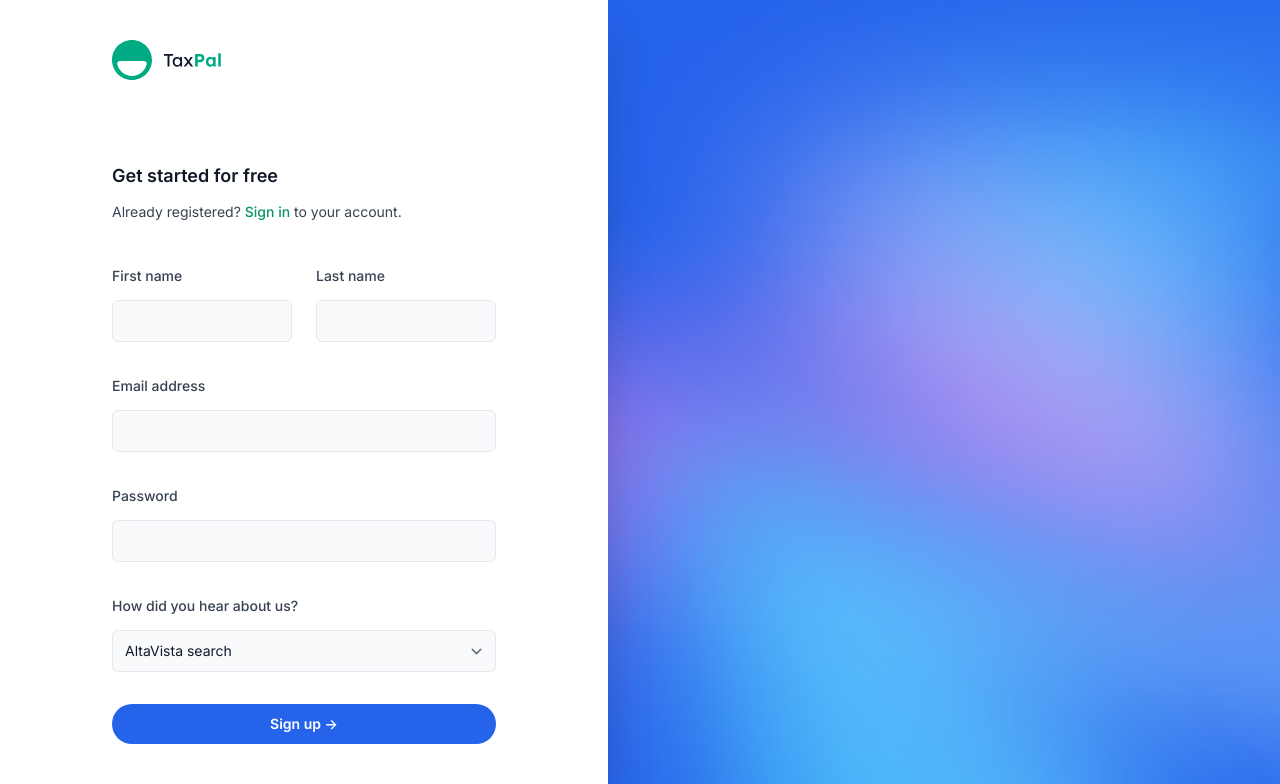
Repository: northrn/tailwindui-salient-3
Page: /register
An editor plug-in stored every save of this project. The page is shown before and after the next save, followed by the edit.
The browser window is 1280 px wide. The pictures show the whole page.
The project was rebuilt for these pictures with package versions that can differ from the ones it lists, and the page was loaded fresh each time. The framework's server and built-in components were replaced by stand-ins that run in the browser. Also part of the build but not shown: next.config.js.

Above is the page before, as saved 2023-03-12 15:01:58.

### src/pages/register.jsx
import Head from 'next/head'
import Link from 'next/link'

import { AuthLayout } from '@/components/AuthLayout'
import { Button } from '@/components/Button'
import { SelectField, TextField } from '@/components/Fields'
import { Logo } from '@/components/Logo'

export default function Register() {
  return (
    <>
      <Head>
        <title>Sign Up - Audience King</title>
      </Head>
      <AuthLayout>
        <div className="flex flex-col">
          <Link href="/" aria-label="Home">
            <Logo className="h-10 w-auto" />
          </Link>
          <div className="mt-20">
            <h2 className="text-lg font-semibold text-gray-900">
              Get started for free
            </h2>
            <p className="mt-2 text-sm text-gray-700">
              Already registered?{' '}
              <Link
                href="/login"
                className="font-medium text-emerald-600 hover:underline"
              >
                Sign in
              </Link>{' '}
              to your account.
            </p>
          </div>
        </div>
        <form
          action="#"
          className="mt-10 grid grid-cols-1 gap-y-8 gap-x-6 sm:grid-cols-2"
        >
          <TextField
            label="First name"
            id="first_name"
            name="first_name"
            type="text"
            autoComplete="given-name"
            required
          />
          <TextField
            label="Last name"
            id="last_name"
            name="last_name"
            type="text"
            autoComplete="family-name"
            required
          />
          <TextField
            className="col-span-full"
            label="Email address"
            id="email"
            name="email"
            type="email"
            autoComplete="email"
            required
          />
          <TextField
            className="col-span-full"
            label="Password"
            id="password"
            name="password"
            type="password"
            autoComplete="new-password"
            required
          />
          <SelectField
            className="col-span-full"
            label="How did you hear about us?"
            id="referral_source"
            name="referral_source"
          >
            <option>AltaVista search</option>
            <option>Super Bowl commercial</option>
            <option>Our route 34 city bus ad</option>
            <option>The “Never Use This” podcast</option>
          </SelectField>
          <div className="col-span-full">
            <Button
              type="submit"
              variant="solid"
              color="blue"
              className="w-full"
            >
              <span>
                Sign up <span aria-hidden="true">&rarr;</span>
              </span>
            </Button>
          </div>
        </form>
      </AuthLayout>
    </>
  )
}

### src/components/AuthLayout.jsx
import Image from 'next/image'

import backgroundImage from '@/images/background-auth.jpg'

export function AuthLayout({ children }) {
  return (
    <>
      <div className="relative flex min-h-full justify-center md:px-12 lg:px-0">
        <div className="relative z-10 flex flex-1 flex-col bg-white py-10 px-4 shadow-2xl sm:justify-center md:flex-none md:px-28">
          <div className="mx-auto w-full max-w-md sm:px-4 md:w-96 md:max-w-sm md:px-0">
            {children}
          </div>
        </div>
        <div className="hidden sm:contents lg:relative lg:block lg:flex-1">
          <Image
            className="absolute inset-0 h-full w-full object-cover"
            src={backgroundImage}
            alt=""
            unoptimized
          />
        </div>
      </div>
    </>
  )
}

### src/components/Button.jsx
import Link from 'next/link'
import clsx from 'clsx'

const baseStyles = {
  solid:
    'group inline-flex items-center justify-center rounded-full py-2 px-4 text-sm font-semibold focus:outline-none focus-visible:outline-2 focus-visible:outline-offset-2',
  outline:
    'group inline-flex ring-1 items-center justify-center rounded-full py-2 px-4 text-sm focus:outline-none',
}

const variantStyles = {
  solid: {
    slate:
      'bg-slate-900 text-white hover:bg-slate-700 hover:text-slate-100 active:bg-slate-800 active:text-slate-300 focus-visible:outline-slate-900',
    blue: 'bg-blue-600 text-white hover:text-slate-100 hover:bg-blue-500 active:bg-blue-800 active:text-blue-100 focus-visible:outline-blue-600',
    white:
      'bg-white text-slate-900 hover:bg-blue-50 active:bg-blue-200 active:text-slate-600 focus-visible:outline-white',
  },
  outline: {
    slate:
      'ring-slate-200 text-slate-700 hover:text-slate-900 hover:ring-slate-300 active:bg-slate-100 active:text-slate-600 focus-visible:outline-blue-600 focus-visible:ring-slate-300',
    white:
      'ring-slate-700 text-white hover:ring-slate-500 active:ring-slate-700 active:text-slate-400 focus-visible:outline-white',
  },
}

export function Button({
  variant = 'solid',
  color = 'slate',
  className,
  href,
  ...props
}) {
  className = clsx(
    baseStyles[variant],
    variantStyles[variant][color],
    className
  )

  return href ? (
    <Link href={href} className={className} {...props} />
  ) : (
    <button className={className} {...props} />
  )
}

### src/components/Fields.jsx
import clsx from 'clsx'

const formClasses =
  'block w-full appearance-none rounded-md border border-gray-200 bg-gray-50 px-3 py-2 text-gray-900 placeholder-gray-400 focus:border-blue-500 focus:bg-white focus:outline-none focus:ring-blue-500 sm:text-sm'

function Label({ id, children }) {
  return (
    <label
      htmlFor={id}
      className="mb-3 block text-sm font-medium text-gray-700"
    >
      {children}
    </label>
  )
}

export function TextField({
  id,
  label,
  type = 'text',
  className = '',
  ...props
}) {
  return (
    <div className={className}>
      {label && <Label id={id}>{label}</Label>}
      <input id={id} type={type} {...props} className={formClasses} />
    </div>
  )
}

export function SelectField({ id, label, className = '', ...props }) {
  return (
    <div className={className}>
      {label && <Label id={id}>{label}</Label>}
      <select id={id} {...props} className={clsx(formClasses, 'pr-8')} />
    </div>
  )
}

### src/components/Logo.jsx
export function Logo(props) {
  return (
    <svg aria-hidden="true" viewBox="0 0 109 40" {...props}>
      <path
        fillRule="evenodd"
        clipRule="evenodd"
        d="M0 20c0 11.046 8.954 20 20 20s20-8.954 20-20S31.046 0 20 0 0 8.954 0 20Zm20 16c-7.264 0-13.321-5.163-14.704-12.02C4.97 22.358 6.343 21 8 21h24c1.657 0 3.031 1.357 2.704 2.98C33.32 30.838 27.264 36 20 36Z"
        fill="#00ab83"
      />
      <path
        d="M55.528 26.57V15.842H52V13.97h9.108v1.872h-3.636V26.57h-1.944Z"
        fill="#0F172A"
      />
      <path
        d="M83.084 26.57v-12.6h5.346c.744 0 1.416.18 2.016.54a3.773 3.773 0 0 1 1.44 1.44c.36.612.54 1.302.54 2.07 0 .78-.18 1.482-.54 2.106a4 4 0 0 1-1.44 1.494c-.6.36-1.272.54-2.016.54h-2.646v4.41h-2.7Zm2.664-6.84h2.376c.288 0 .546-.072.774-.216.228-.156.408-.36.54-.612a1.71 1.71 0 0 0 .216-.864c0-.324-.072-.606-.216-.846a1.394 1.394 0 0 0-.54-.576 1.419 1.419 0 0 0-.774-.216h-2.376v3.33ZM106.227 26.57V13.25h2.556v13.32h-2.556Z"
        fill="#00ab83"
      />
      <path
        fillRule="evenodd"
        clipRule="evenodd"
        d="M95.906 26.102c.636.432 1.35.648 2.142.648.444 0 .864-.066 1.26-.198a4.25 4.25 0 0 0 1.062-.558 3.78 3.78 0 0 0 .702-.668v1.244h2.574v-9.522h-2.538v1.248a3.562 3.562 0 0 0-.648-.672 3.13 3.13 0 0 0-1.026-.558 3.615 3.615 0 0 0-1.278-.216c-.828 0-1.566.216-2.214.648-.648.42-1.164 1.002-1.548 1.746-.372.732-.558 1.578-.558 2.538 0 .96.186 1.812.558 2.556.372.744.876 1.332 1.512 1.764Zm4.104-1.908c-.36.228-.78.342-1.26.342-.468 0-.882-.114-1.242-.342a2.387 2.387 0 0 1-.828-.954c-.204-.42-.306-.906-.306-1.458 0-.54.102-1.014.306-1.422.204-.408.48-.726.828-.954.36-.24.774-.36 1.242-.36.48 0 .9.12 1.26.36.36.228.636.546.828.954.204.408.306.882.306 1.422 0 .552-.102 1.038-.306 1.458a2.218 2.218 0 0 1-.828.954Z"
        fill="#00ab83"
      />
      <path
        fillRule="evenodd"
        clipRule="evenodd"
        d="m76.322 23.197 2.595 3.373h2.268l-3.662-4.787 3.338-4.663h-2.196l-2.162 3.334-2.554-3.334h-2.34l3.652 4.71-3.634 4.74h2.196l2.5-3.373ZM62.738 26.102a3.78 3.78 0 0 0 2.142.648c.456 0 .888-.072 1.296-.216.42-.144.798-.336 1.134-.576a3.418 3.418 0 0 0 .864-.835v1.447h1.872v-9.45h-1.872v1.45a3.118 3.118 0 0 0-.72-.82 3.2 3.2 0 0 0-1.062-.612 4.033 4.033 0 0 0-1.35-.216c-.828 0-1.578.21-2.25.63-.66.42-1.188 1.002-1.584 1.746-.384.732-.576 1.572-.576 2.52 0 .936.192 1.776.576 2.52.384.744.894 1.332 1.53 1.764Zm4.122-1.476c-.432.276-.93.414-1.494.414a2.682 2.682 0 0 1-1.476-.414 2.987 2.987 0 0 1-1.008-1.134c-.24-.492-.36-1.05-.36-1.674 0-.612.12-1.158.36-1.638.252-.48.588-.858 1.008-1.134a2.682 2.682 0 0 1 1.476-.414c.564 0 1.062.138 1.494.414.432.276.768.654 1.008 1.134.252.48.378 1.026.378 1.638 0 .624-.126 1.182-.378 1.674-.24.48-.576.858-1.008 1.134Z"
        fill="#0F172A"
      />
    </svg>
  )
}

Loaded but not shown: src/pages/_app.jsx (common file); src/pages/_document.jsx (common file); src/styles/tailwind.css (common file); tailwind.config.js (common file)

After the next save:
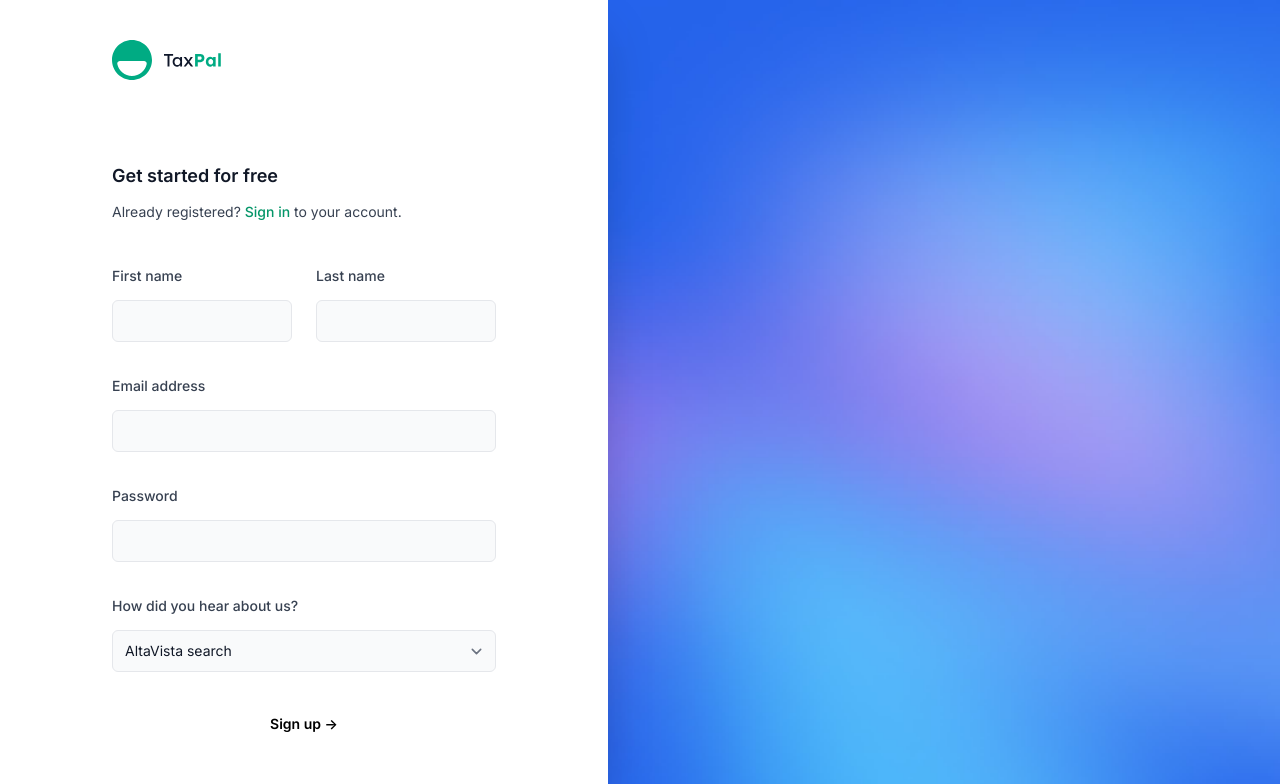
Saved 46 s later.
--- a/src/components/Button.jsx
+++ b/src/components/Button.jsx
@@ -12,13 +12,13 @@
   solid: {
     slate:
       'bg-slate-900 text-white hover:bg-slate-700 hover:text-slate-100 active:bg-slate-800 active:text-slate-300 focus-visible:outline-slate-900',
-    blue: 'bg-blue-600 text-white hover:text-slate-100 hover:bg-blue-500 active:bg-blue-800 active:text-blue-100 focus-visible:outline-blue-600',
+    emerald: 'bg-emerald-600 text-white hover:text-slate-100 hover:bg-emerald-500 active:bg-emerald-800 active:text-emerald-100 focus-visible:outline-emerald-600',
     white:
-      'bg-white text-slate-900 hover:bg-blue-50 active:bg-blue-200 active:text-slate-600 focus-visible:outline-white',
+      'bg-white text-slate-900 hover:bg-emerald-50 active:bg-emerald-200 active:text-slate-600 focus-visible:outline-white',
   },
   outline: {
     slate:
-      'ring-slate-200 text-slate-700 hover:text-slate-900 hover:ring-slate-300 active:bg-slate-100 active:text-slate-600 focus-visible:outline-blue-600 focus-visible:ring-slate-300',
+      'ring-slate-200 text-slate-700 hover:text-slate-900 hover:ring-slate-300 active:bg-slate-100 active:text-slate-600 focus-visible:outline-emerald-600 focus-visible:ring-slate-300',
     white:
       'ring-slate-700 text-white hover:ring-slate-500 active:ring-slate-700 active:text-slate-400 focus-visible:outline-white',
   },

After the save that followed:
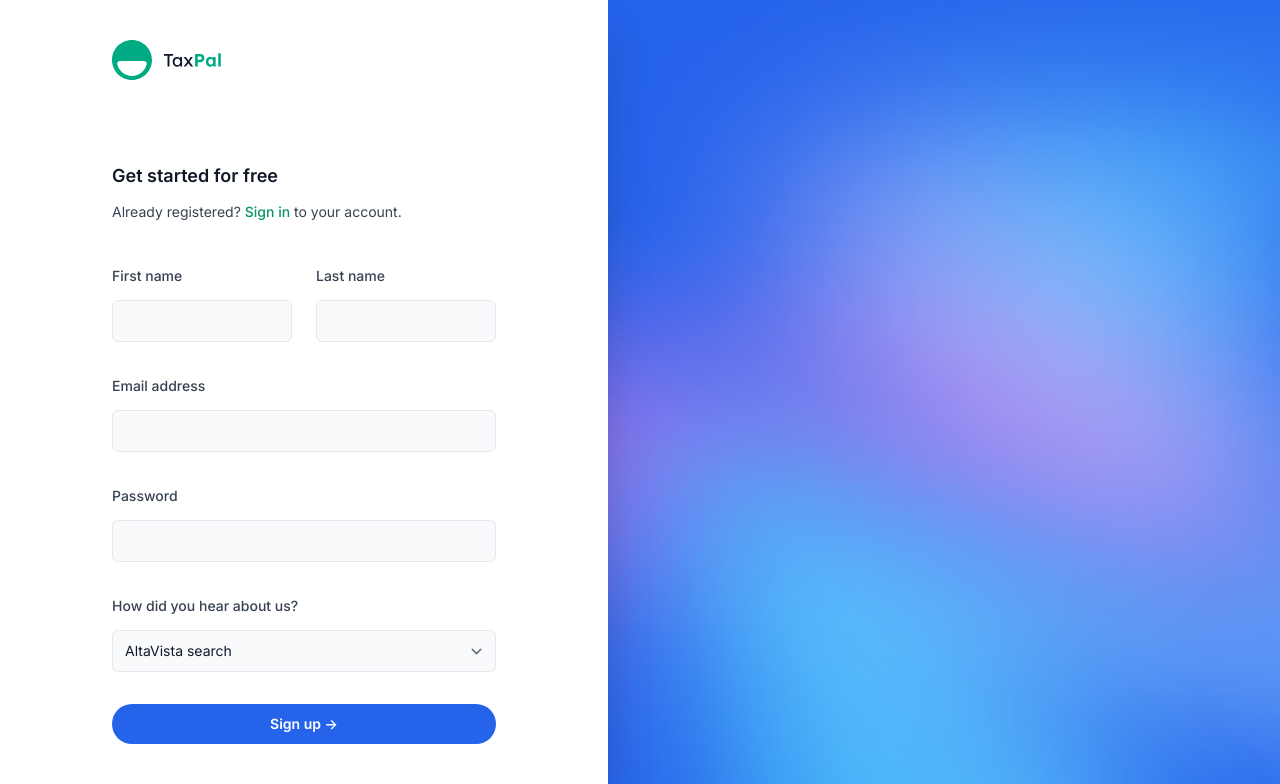
Saved 74 s later.
--- a/src/components/Button.jsx
+++ b/src/components/Button.jsx
@@ -12,13 +12,13 @@
   solid: {
     slate:
       'bg-slate-900 text-white hover:bg-slate-700 hover:text-slate-100 active:bg-slate-800 active:text-slate-300 focus-visible:outline-slate-900',
-    emerald: 'bg-emerald-600 text-white hover:text-slate-100 hover:bg-emerald-500 active:bg-emerald-800 active:text-emerald-100 focus-visible:outline-emerald-600',
+    blue: 'bg-blue-600 text-white hover:text-slate-100 hover:bg-blue-500 active:bg-blue-800 active:text-blue-100 focus-visible:outline-blue-600',
     white:
-      'bg-white text-slate-900 hover:bg-emerald-50 active:bg-emerald-200 active:text-slate-600 focus-visible:outline-white',
+      'bg-white text-slate-900 hover:bg-blue-50 active:bg-blue-200 active:text-slate-600 focus-visible:outline-white',
   },
   outline: {
     slate:
-      'ring-slate-200 text-slate-700 hover:text-slate-900 hover:ring-slate-300 active:bg-slate-100 active:text-slate-600 focus-visible:outline-emerald-600 focus-visible:ring-slate-300',
+      'ring-slate-200 text-slate-700 hover:text-slate-900 hover:ring-slate-300 active:bg-slate-100 active:text-slate-600 focus-visible:outline-blue-600 focus-visible:ring-slate-300',
     white:
       'ring-slate-700 text-white hover:ring-slate-500 active:ring-slate-700 active:text-slate-400 focus-visible:outline-white',
   },
